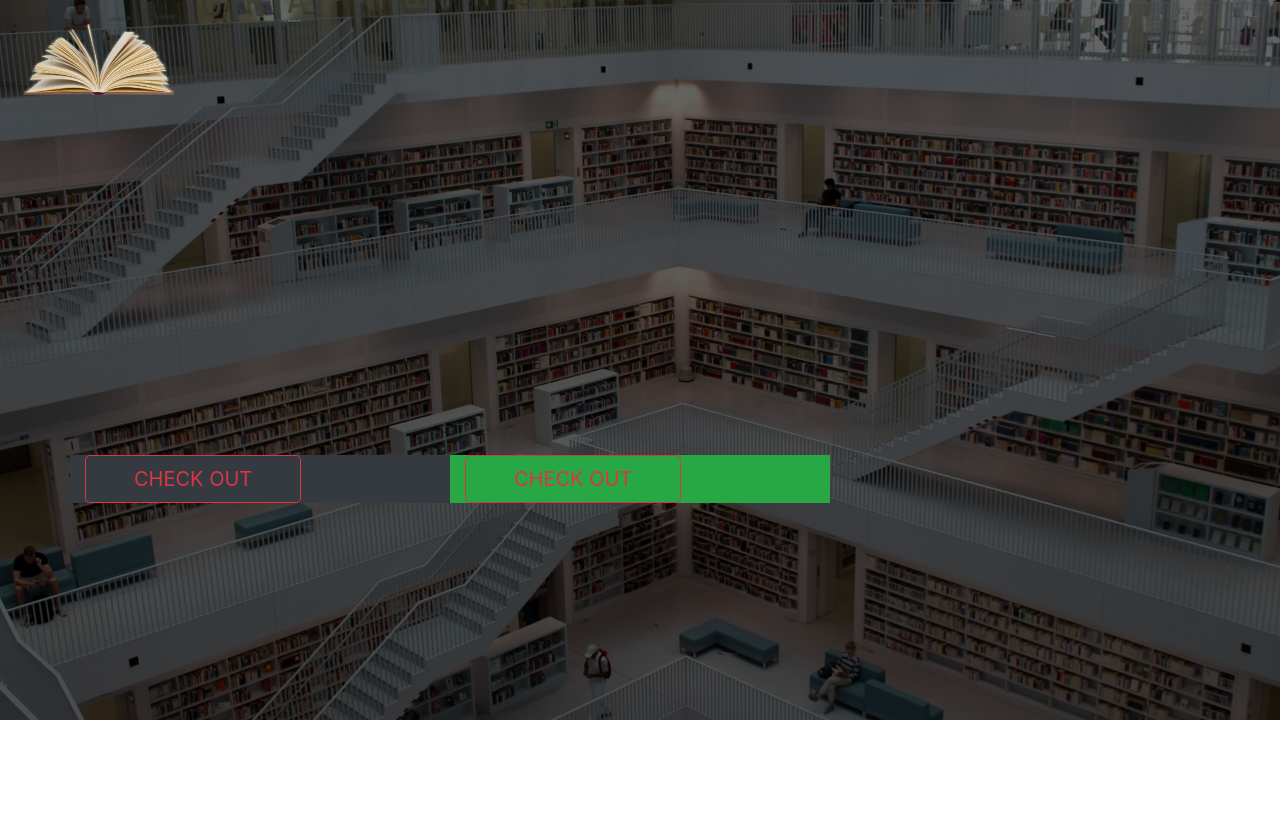
Repository: imedakrouti/BookStore
Page: index.html
An editor plug-in stored every save of this project. The page is shown before and after the next save, followed by the edit.
The browser window is 1280 px wide. The pictures show the whole page.
Backgrounds fixed to the window are drawn as part of the page. Some web libraries are served in a nearby version.

Above is the page before, as saved 2020-05-05 16:59:33.

After the next save:
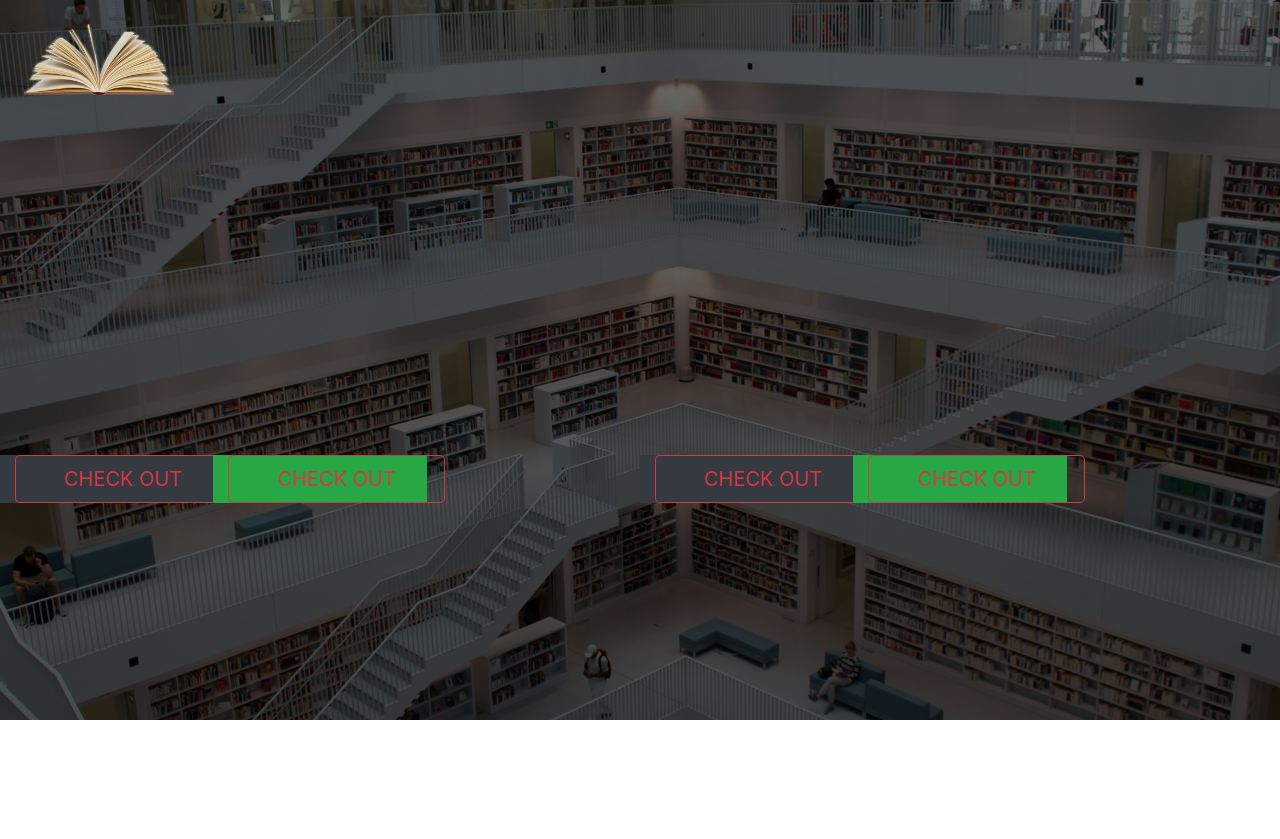
Saved 6 s later.
--- a/index.html
+++ b/index.html
@@ -32,6 +32,16 @@
     </div>
 </div>
            </div>
+           <div class="container">
+      <div class="row">
+    <div class="col-md-4 bg-dark">
+        <a href="" class="btn btn-lg btn-outline-danger  px-5 text-uppercase ">check out</a>
+    </div>
+    <div class="col-md-4 bg-success">
+        <a href="" class="btn btn-lg btn-outline-danger  px-5 text-uppercase ">check out</a>
+    </div>
+</div>
+           </div>
 
        </div>
 
